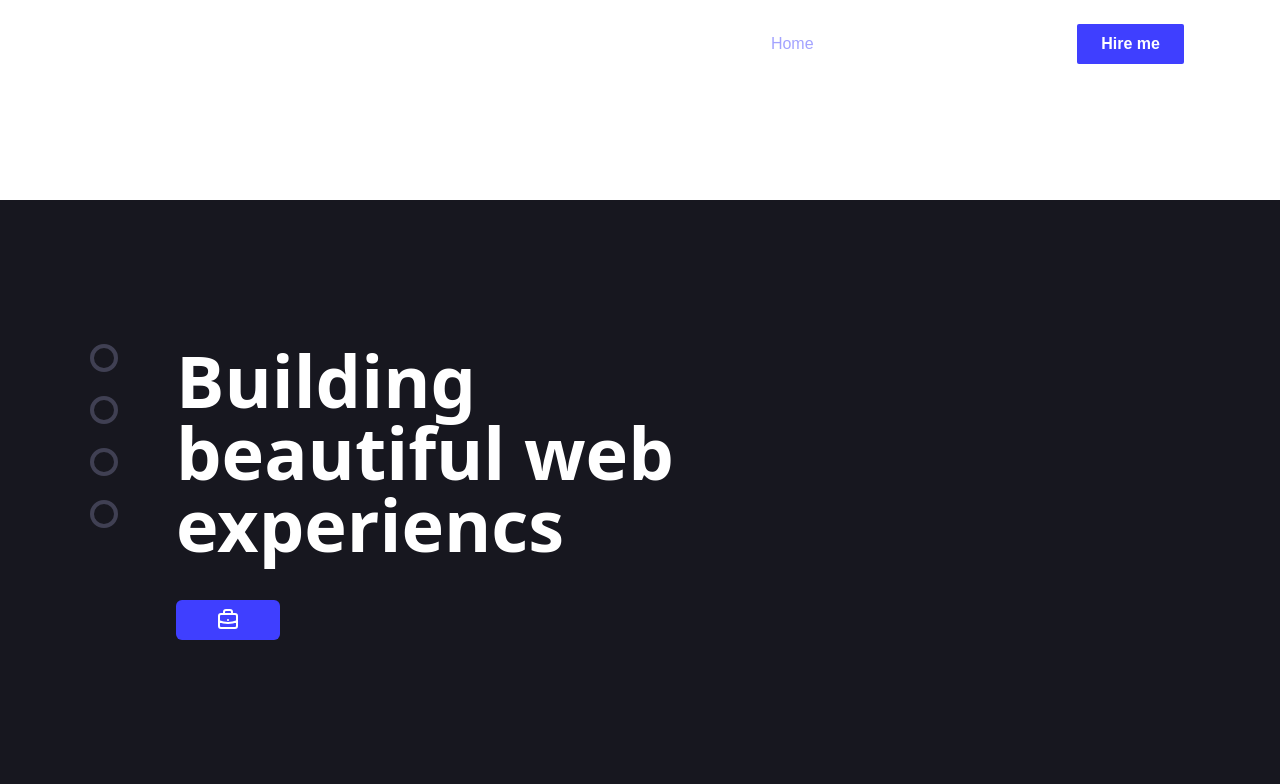
Repository: Alex0715/portfolio
Page: /
These files come from the project's save history. The page is drawn as it stood at one moment and after the next save; the edit follows.
The browser window is 1280 px wide. The pictures show the whole page.
The project was rebuilt for these pictures with package versions that can differ from the ones it lists, and the page was loaded fresh each time. The framework's server and built-in components were replaced by stand-ins that run in the browser. Also part of the build but not shown: next.config.js.

Above is the page before, as saved 2022-02-03 22:21:06.

### pages/index.js
import Head from 'next/head'
import Banner from './components/Banner'
import Header from './components/header'



export default function Home() {
  return (
    <div>
      <Header/>
      <body className='bg-body'>
        <Banner/>
      </body>
    </div>

  )
}

### styles/globals.css
@tailwind base;
@tailwind components;
@tailwind utilities;

body{
    scroll-behavior: smooth;
}
.left-50{
    left: 50%;
}
.right-50{
    right: 50%;
}
.top-50{
    top:50%;
}

.nav-dot:hover span{
    opacity:1;
}

### pages/components/Banner.js

function Banner() {
  return (<div className="container mt-16 flex justify-between items-center mx-auto text-white px-8 md:px-14 lg:px-24 w-full">
      <div className="flex flex-wrap md:flex-nowrap">
        <nav className="inline-block lg:mr-24 lg:w-4 fixed left-percentage hidden xl:block">
        <div className="absolute left-50 transform -translate-x-1/2 space-y-6 mt-36">
        <a href="#" className="nav-dot selected-circle block w-7 h-7 rounded-full border-4 border-nav bg-body hover:bg-theme">
        <span className="bg-black px-2 py-1 rounded-md ml-10 opacity-0">Home</span></a>

        <a href="#" className="nav-dot selected-circle block w-7 h-7 rounded-full border-4 border-nav bg-body hover:bg-theme">
        <span className="bg-black px-2 py-1 rounded-md ml-10 opacity-0">Works</span></a>

        <a href="#" className="nav-dot selected-circle block w-7 h-7 rounded-full border-4 border-nav bg-body hover:bg-theme">
        <span className="bg-black px-2 py-1 rounded-md ml-10 opacity-0">Clients</span></a>

        <a href="#" className="nav-dot selected-circle block w-7 h-7 rounded-full border-4 border-nav bg-body hover:bg-theme">
        <span className="bg-black px-2 py-1 rounded-md ml-10 opacity-0">Hire!</span></a>

        </div>
        </nav>
        <br/>

        <div className="flex flex-wrap lg:ml-20 justify-center md:justify-start max-w-xl mt-0 md:my-36">
          <h1 className="font-bold text-5xl md:text-6xl lg:text-7xl text-center md:text-left">Building <br/> beautiful web experiencs</h1>
          <div className="flex mt-10">
          <a href="#"><button className="bg-theme px-10 py-2 font-bold rounded-md justify-center items-center">
          <svg xmlns="http://www.w3.org/2000/svg" className="h-6 w-6 " fill="none" viewBox="0 0 24 24" stroke="currentColor">
  <path strokeLinecap="round" strokeLinejoin="round" strokeWidth={2} d="M21 13.255A23.931 23.931 0 0112 15c-3.183 0-6.22-.62-9-1.745M16 6V4a2 2 0 00-2-2h-4a2 2 0 00-2 2v2m4 6h.01M5 20h14a2 2 0 002-2V8a2 2 0 00-2-2H5a2 2 0 00-2 2v10a2 2 0 002 2z" />
</svg>
          </button></a>
          </div>
          </div>

      </div>
      </div>


  )
}

export default Banner;

### pages/components/Header.js

function Header() {
  return (
  <div className="font-poppins pb-12 ">
  <header className="text-white container py-6 flex justify-between items-center mx-auto px-8 md:px-14 lg:px-24 w-full">
      <div className="text-white text-3xl">Chirantan Bose</div>
      <div className="hidden md:flex space-x-12 items-center">
        <a href="#" className="text-selected-text">Home</a>
        <a href="#">My Works</a>
        <a href="#">Clients</a>
        <a href="#"><button className="bg-theme px-6 py-2 font-bold rounded-sm">Hire me</button></a>
      </div>
      <div className="md:hidden text-white">
      <svg xmlns="http://www.w3.org/2000/svg" className="h-7 w-7" viewBox="0 0 20 20" fill="currentColor">
  <path fillRule="evenodd" d="M3 5a1 1 0 011-1h12a1 1 0 110 2H4a1 1 0 01-1-1zM3 10a1 1 0 011-1h12a1 1 0 110 2H4a1 1 0 01-1-1zM9 15a1 1 0 011-1h6a1 1 0 110 2h-6a1 1 0 01-1-1z" clipRule="evenodd" />
</svg>
      </div>
  </header>
  </div>
  )
}

export default Header;

Loaded but not shown: pages/_app.tsx (common file); tailwind.config.js (common file)

After the next save:
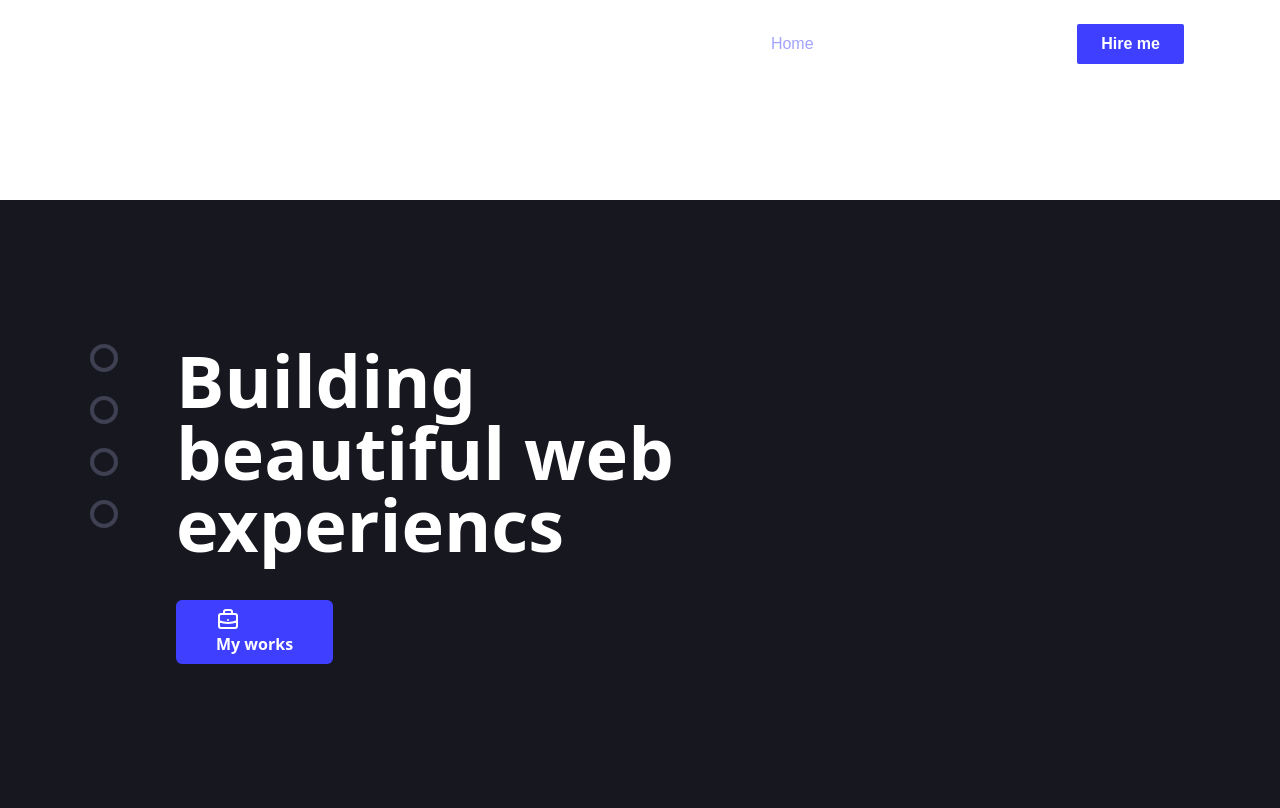
Saved 11 s later.
--- a/pages/components/Banner.js
+++ b/pages/components/Banner.js
@@ -26,7 +26,7 @@
           <a href="#"><button className="bg-theme px-10 py-2 font-bold rounded-md justify-center items-center">
           <svg xmlns="http://www.w3.org/2000/svg" className="h-6 w-6 " fill="none" viewBox="0 0 24 24" stroke="currentColor">
   <path strokeLinecap="round" strokeLinejoin="round" strokeWidth={2} d="M21 13.255A23.931 23.931 0 0112 15c-3.183 0-6.22-.62-9-1.745M16 6V4a2 2 0 00-2-2h-4a2 2 0 00-2 2v2m4 6h.01M5 20h14a2 2 0 002-2V8a2 2 0 00-2-2H5a2 2 0 00-2 2v10a2 2 0 002 2z" />
-</svg>
+</svg> My works
           </button></a>
           </div>
           </div>
